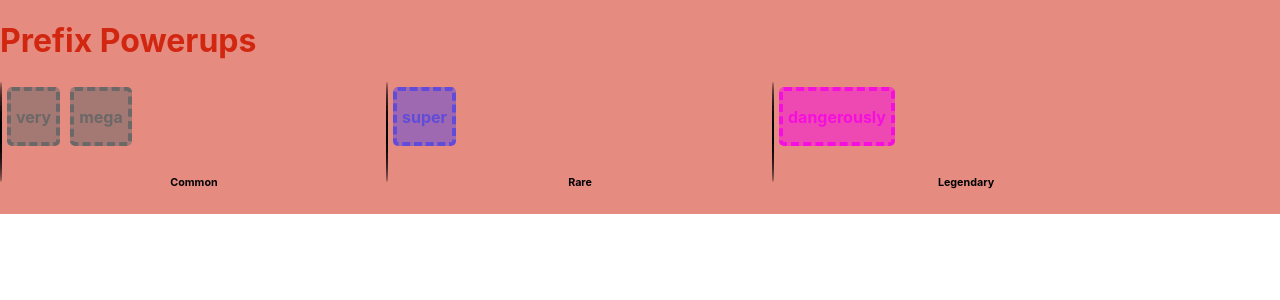
Repository: bsalgado98/buns-inator
Page: /
The author's editor kept a copy of each file at every save. The page is drawn from the files as they stood at one save, then again after the next save.
The browser window is 1280 px wide. The pictures show the whole page.
The project was rebuilt for these pictures with package versions that can differ from the ones it lists, and the page was loaded fresh each time.

Above is the page before, as saved 2022-04-25 22:40:14.

### src/index.css
body {
    margin: 0;
    padding: 0;
    font-family: -apple-system, BlinkMacSystemFont, 'Segoe UI', 'Roboto', 'Oxygen',
        'Ubuntu', 'Cantarell', 'Fira Sans', 'Droid Sans', 'Helvetica Neue',
        sans-serif;
    -webkit-font-smoothing: antialiased;
    -moz-osx-font-smoothing: grayscale;
}

code {
    font-family: source-code-pro, Menlo, Monaco, Consolas, 'Courier New', monospace;
}

### src/App.js
import './App.css';
import WordBank from './components/WordBank/WordBank'

function App() {
    const wordList = {
        prefixPowerups: [
            {
                sectionTitle: "Common",
                words: ['very', 'mega'],
                color: "#6b6867"
            },
            {
                sectionTitle: "Rare",
                words: ['super'],
                color: "#614cd9"
            },
            {
                sectionTitle: "Legendary",
                words: ['dangerously'],
                color: "#f50fde"
            }
        ]
    }

    return (
        <div className="App">
            <WordBank bankTitle='Prefix Powerups' color="#d12711" wordCollection={wordList.prefixPowerups}/>
        </div>
    );
}

export default App;

### src/components/WordBank/WordBank.js
import createWordSection from "../../utility/wordSection"

const WordBank = ({ bankTitle = "N/A", color = "#000000", wordCollection = [] }) => {
    const styles = {
        container: {
            style: {
                backgroundColor: `${color}88`,
                display: 'flex',
                flexDirection: 'column'
            }
        },
        title: {
            style: {
                color: color
            },
            container: {
                style: {
                    display: 'flex',
                    width: '100%'
                }
            }
        },
        collectionArea: {
            style: {
                display: 'flex'
            },
            section: {
                style: {
                    display: 'flex',
                    flexDirection: 'column',
                    width: '30%'
                },
                wordArea: {
                    style: {
                        display: 'flex'
                    }
                }
            }
        },
        divider: {
            style: {
                height: '100px',
                width: '2px',
                backgroundColor: 'black',
                borderRadius: '50%'
            }
        }
    }
    return (
        <div style={styles.container.style}>
            <div style={styles.title.container.style}>
                <h1 style={styles.title.style}>{bankTitle}</h1>
            </div>
            <div style={styles.collectionArea.style}>
                {wordCollection.map((section, i) => {
                    return (
                        <>
                            <span style={styles.divider.style}></span>
                            <div key={`section-${i}`} style={styles.collectionArea.section.style}>
                                <div style={styles.collectionArea.section.wordArea.style}>
                                    {createWordSection(section.words, section.color)}
                                </div>
                                <h6>{section.sectionTitle}</h6>
                            </div>
                        </>
                    )
                })}
            </div>
        </div>
    )
}

export default WordBank

### src/utility/wordSection.js
import WordCard from "../components/WordCard/WordCard";

function createWordSection(words, wordColor) {
    return words.map((word, i) => <WordCard key={`word-${i}`} text={word} color={wordColor} />)
}

export default createWordSection

### src/components/WordCard/WordCard.js
const WordCard = ({ text = "N/A", color = "#000000" }) => {
    const styles = {
        container: {
            style: {
                background: `${color}88`,
                display: 'flex',
                border: `4px dashed ${color}`,
                margin: '5px',
                padding: '5px',
                borderRadius: '5px'
            }
        },
        text: {
            style: {
                color: color,
                fontSize: '16px'
            }
        }
    }
    return (
        <div style={styles.container.style}>
            <h1 style={styles.text.style}>{text}</h1>
        </div>
    )
}

export default WordCard

Loaded but not shown: public/index.html (common file); src/index.js (common file); src/reportWebVitals.js (common file); src/App.css (common file)

After the next save:
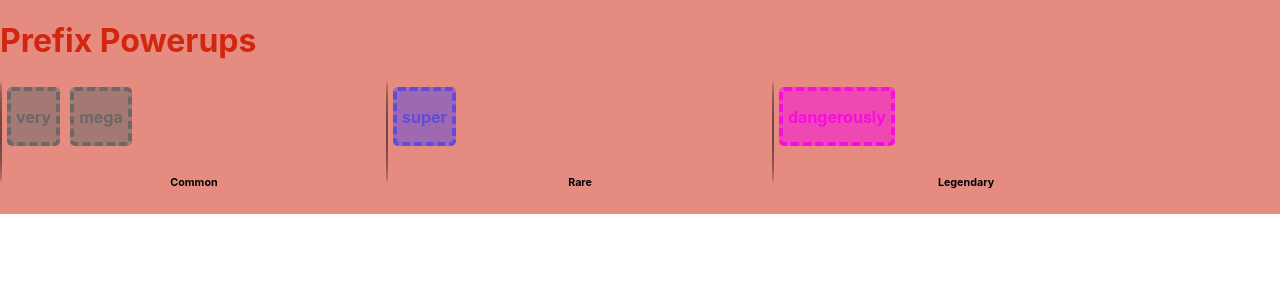
Saved 11 s later.
--- a/src/components/WordBank/WordBank.js
+++ b/src/components/WordBank/WordBank.js
@@ -42,7 +42,8 @@ const WordBank = ({ bankTitle = "N/A", color = "#000000", wordCollection = [] })
                 height: '100px',
                 width: '2px',
                 backgroundColor: 'black',
-                borderRadius: '50%'
+                borderRadius: '50%',
+                opacity: '0.5'
             }
         }
     }
